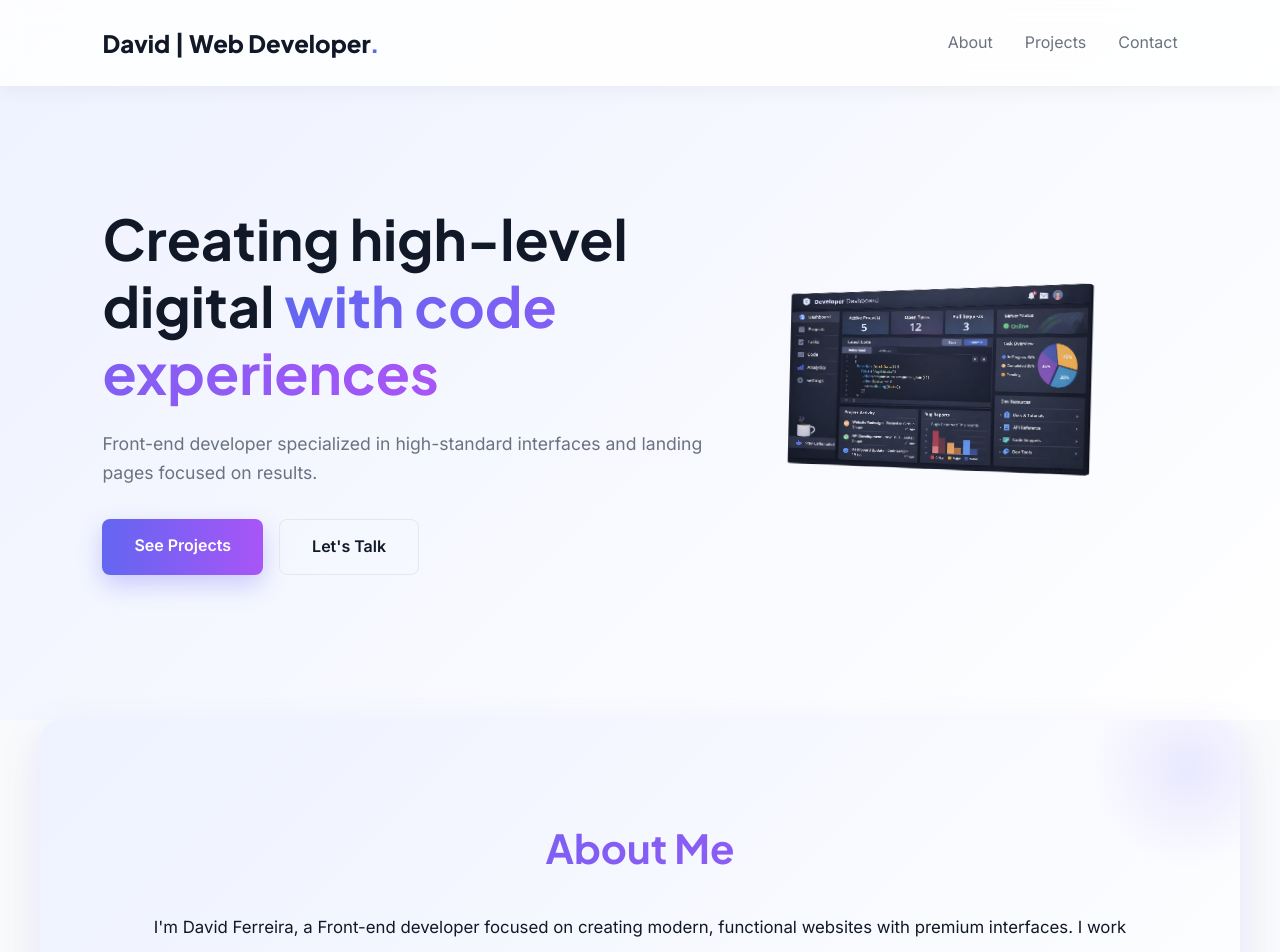
Repository: davidfsillva/David_Ferreira
Page: index.html
The author's editor kept a copy of each file at every save. The page is drawn from the files as they stood at one save, then again after the next save.
The browser window is 1280 px wide. The pictures show the part of the page from y = 0 to 952 px (the page is 2882 px tall).

Above is the page before, as saved 2026-02-11 15:10:12.
Console error: TypeError: Cannot read properties of null (reading 'addEventListener')

After the next save:
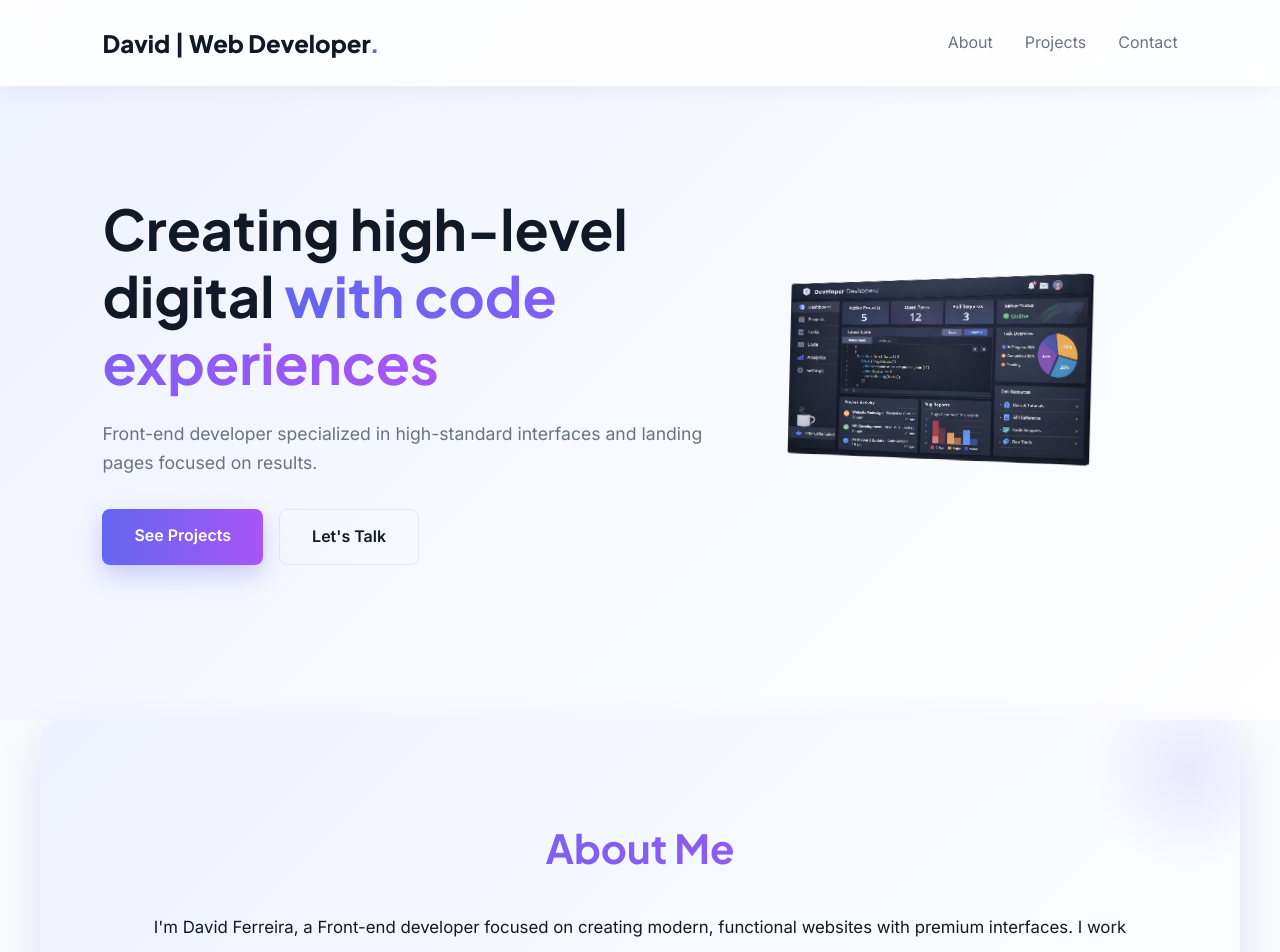
Saved 2 min 57 s later.
--- a/style.css
+++ b/style.css
@@ -94,7 +94,7 @@ body {
 /* HERO */
 .hero {
   min-height: 100vh;
-  padding: 120px 8% 60px;
+  padding: 120px 8% 80px; /* aumentei de 60px para 80px */
   display: flex;
   align-items: center;
   justify-content: space-between;
